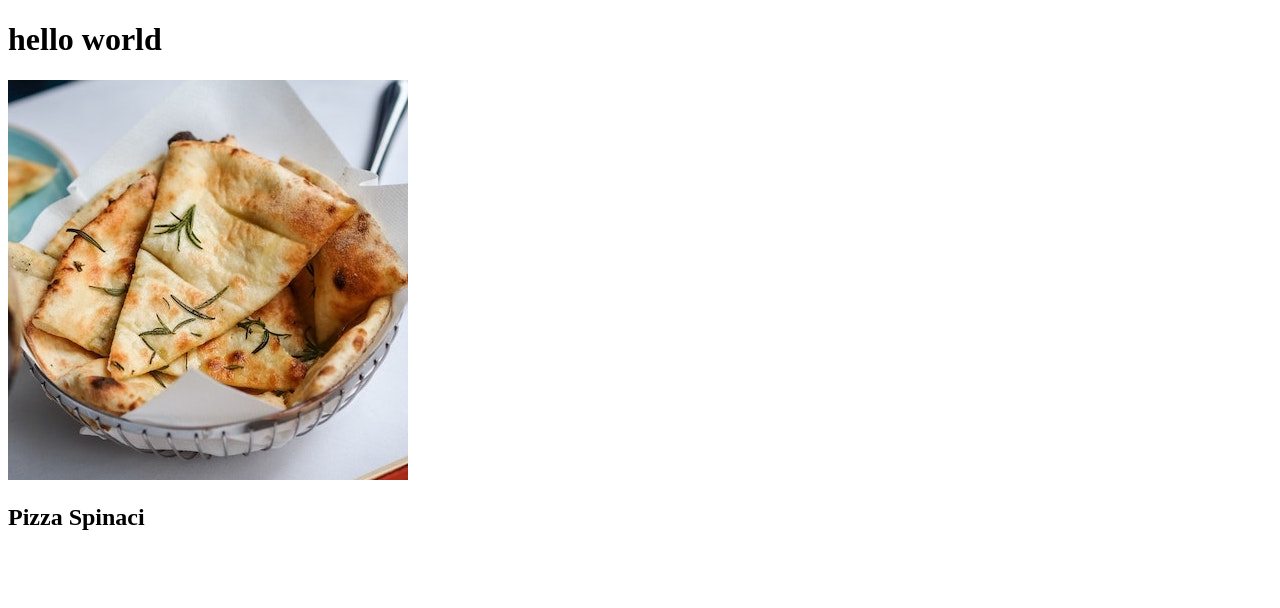
Repository: DhaWork/1-react-dasar-udemy-25
Page: /
The author's editor kept a copy of each file at every save. The page is drawn from the files as they stood at one save, then again after a run of saves.
The browser window is 1280 px wide. The pictures show the whole page.
The project was rebuilt for these pictures with package versions that can differ from the ones it lists, and the page was loaded fresh each time.

Above is the page before, as saved 2025-04-02 11:04:29.

After the next 2 saves:
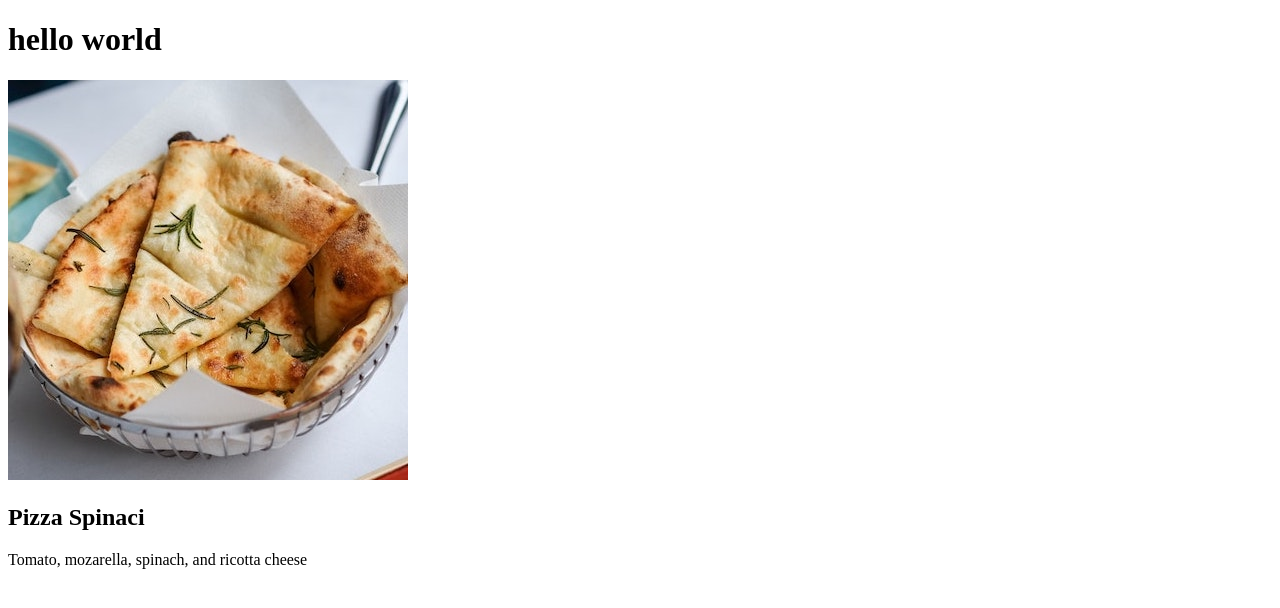
The 2 saves are shown as one change because they came seconds apart.
The last was saved 9 s later.
--- a/src/index.js
+++ b/src/index.js
@@ -61,7 +61,7 @@ function Pizza() {
         <img src="pizzas/focaccia.jpg" alt="pizza spinaci" />
       <h2>Pizza Spinaci</h2>
       <p>
-
+        Tomato, mozarella, spinach, and ricotta cheese
       </p>
     </div>
   );
